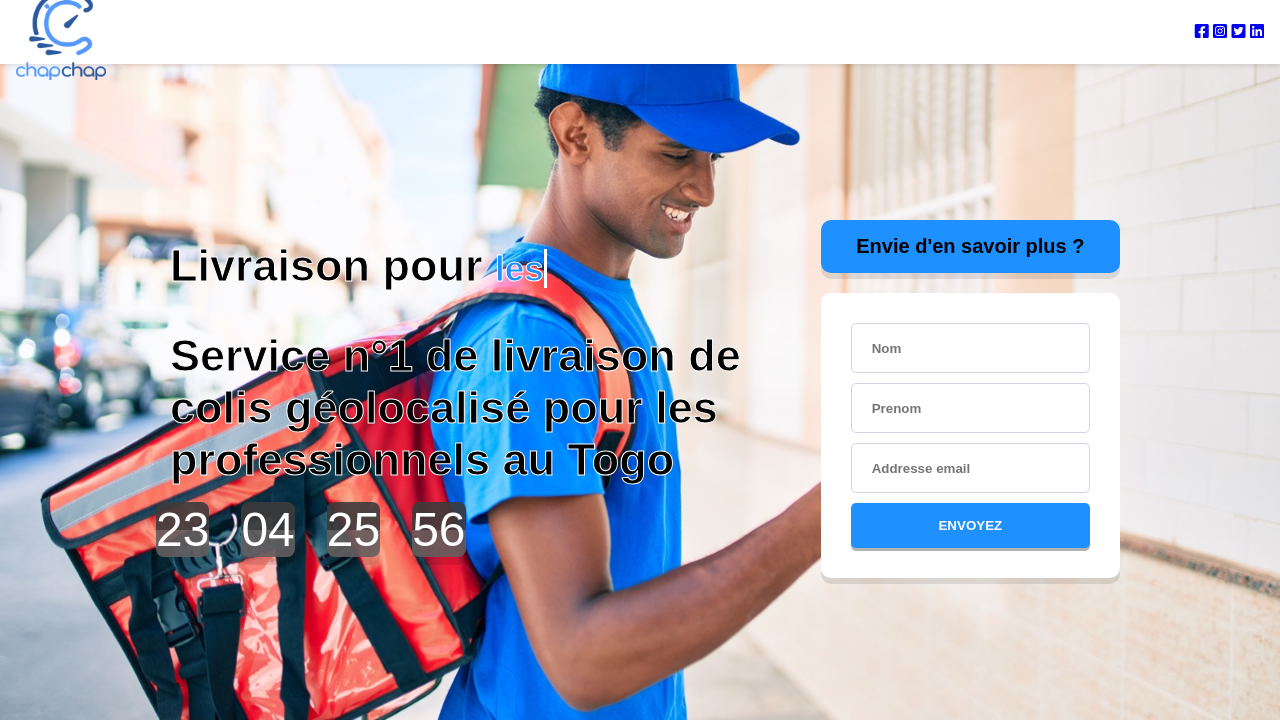
Repository: lawalalao/landpage
Page: index.html
An editor plug-in stored every save of this project. The page is shown before and after the next save, followed by the edit.
The browser window is 1280 px wide. The pictures show the whole page.
Some web fonts or font styles are not loaded; a fallback is used.

Above is the page before, as saved 2021-01-14 18:52:58.
Console error: TypeError: Cannot read properties of null (reading 'addEventListener')

After the next save:
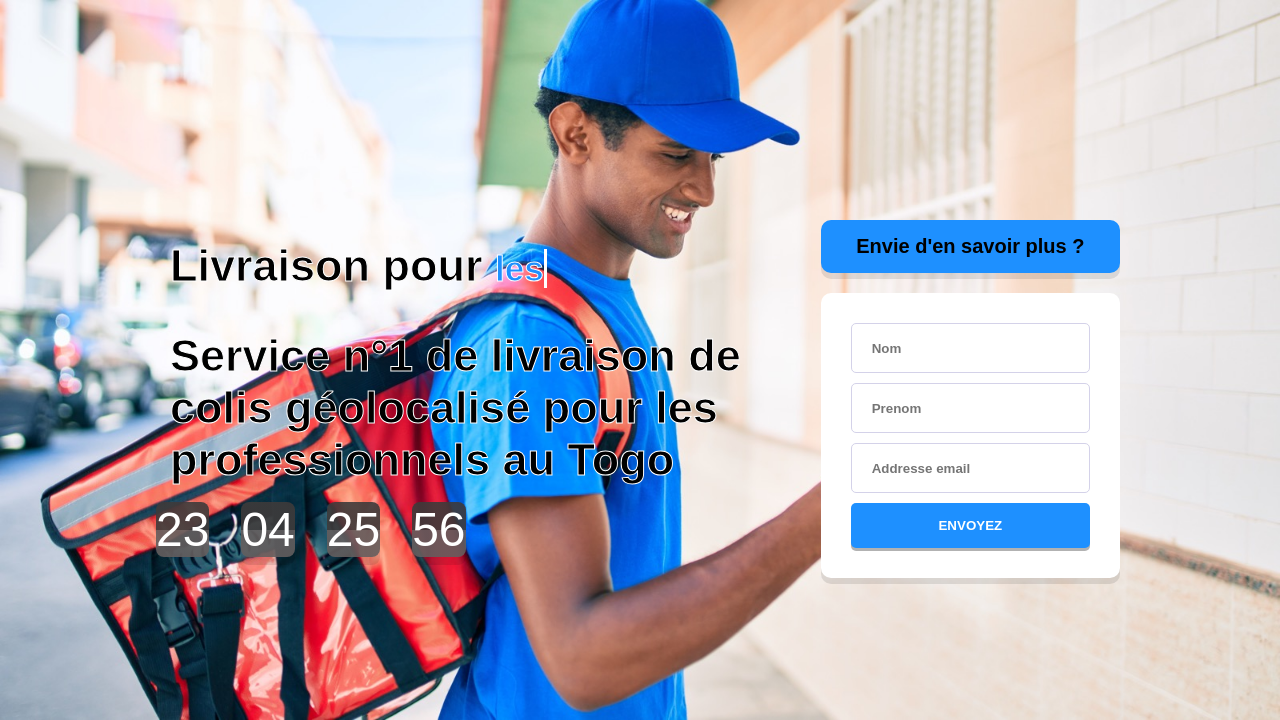
Saved 21 s later.
--- a/index.html
+++ b/index.html
@@ -14,20 +14,7 @@
      <meta name="description" content="Service n°1 de livraison de colis géolocalisé pour les professionnels au Togo.comingsoon">
 </head>
 <body>
-        <header class="header">
-                <nav class="navbar navbar-light bg-light">
-            <a class="navbar-brand" href="#">
-                <img src="./assets/logo.png" width="90" height="90" alt="logo" loading="lazy">
-            </a>
-            </nav>
-            <div>
-                <a href="https://web.facebook.com/chapchap.tg" target="_blank" ><i class="fab fa-facebook-square"></i></a>
-                <a href="https://www.instagram.com/chapchap_tg/" target="_blank"><i class="fab fa-instagram-square"></i></a>
-                <a href="https://twitter.com/chapchap_tg" target="_blank"><i class="fab fa-twitter-square"></i></a>
-                <a href="https://www.linkedin.com/company/chapchap-tg" target="_blank" ><i class="fab fa-linkedin"></i></a>
-            </div>
-            </nav>
-        </header>
+
         <div class="nav" id="navbar">
 
             <nav class="navbar navbar-light bg-light">
